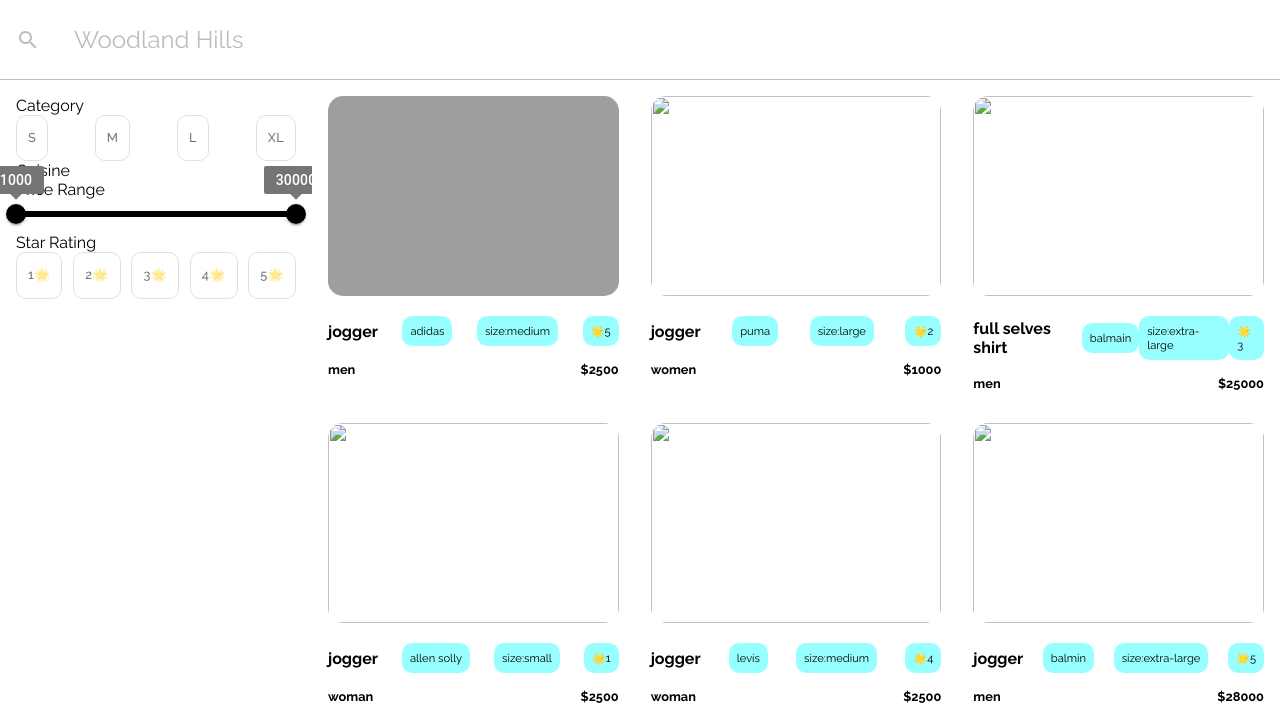
Repository: GokulDev4U/filter_product
Page: /
An editor plug-in stored every save of this project. The page is shown before and after the next save, followed by the edit.
The browser window is 1280 px wide. The pictures show the whole page.
Pictures or frames that could not be fetched are drawn as grey boxes. An inner scrolling area shows only its first screen. The project was rebuilt for these pictures with package versions that can differ from the ones it lists, and the page was loaded fresh each time. Also part of the build but not shown: src/components/common/EmptyView/styles.css, src/components/common/EmptyView/index.jsx.

Above is the page before, as saved 2022-03-20 15:47:13.

### src/App.js
import React from "react";
import Home from "./pages/Home";
import "./App.css";

const App = () => <Home />;

export default App;

### src/pages/Home/index.jsx
import React, { useEffect, useState } from 'react';
import EmptyView from '../../components/common/EmptyView';
import FilterPanel from '../../components/Home/FilterPanel';
import List from '../../components/Home/List';
import SearchBar from '../../components/Home/SearchBar';
import { dataList } from '../../constants';
import './styles.css';

const Home = () => {
    const [selectedCategory, setSelectedCategory] = useState(null);
    const [selectedRating, setSelectedRating] = useState(null);
    const [selectedPrice, setSelectedPrice] = useState([1000, 30000]);

    const [cuisines, setCuisines] = useState([
        { id: 1, checked: false, label: 'MEN' },
        { id: 2, checked: false, label: 'Women' },
    ]);

    const [list, setList] = useState(dataList);
    const [resultsFound, setResultsFound] = useState(true);
    const [searchInput, setSearchInput] = useState('');

    const handleSelectCategory = (event, value) =>
        !value ? null : setSelectedCategory(value);

    const handleSelectRating = (event, value) =>
        !value ? null : setSelectedRating(value);

    const handleChangeChecked = (id) => {
        const cusinesStateList = cuisines;
        const changeCheckedCuisines = cusinesStateList.map((item) =>
            item.id === id ? { ...item, checked: !item.checked } : item
        );
        setCuisines(changeCheckedCuisines);
    };

    const handleChangePrice = (event, value) => {
        setSelectedPrice(value);
    };

    const applyFilters = () => {
        let updatedList = dataList;

        // Rating Filter
        if (selectedRating) {
            updatedList = updatedList.filter(
                (item) => parseInt(item.rating) === parseInt(selectedRating)
            );
        }

        // Category Filter
        if (selectedCategory) {
            updatedList = updatedList.filter(
                (item) => item.category === selectedCategory
            );
        }

        // Cuisine Filter
        const cuisinesChecked = cuisines
            .filter((item) => item.checked)
            .map((item) => item.label.toLowerCase());

        if (cuisinesChecked.length) {
            updatedList = updatedList.filter((item) =>
                cuisinesChecked.includes(item.cuisine)
            );
        }

        // Search Filter
        if (searchInput) {
            updatedList = updatedList.filter(
                (item) =>
                    item.title.toLowerCase().search(searchInput.toLowerCase().trim()) !==
                    -1
            );
        }

        // Price Filter
        const minPrice = selectedPrice[0];
        const maxPrice = selectedPrice[1];

        updatedList = updatedList.filter(
            (item) => item.price >= minPrice && item.price <= maxPrice
        );

        setList(updatedList);

        !updatedList.length ? setResultsFound(false) : setResultsFound(true);
    };

    useEffect(() => {
        applyFilters();
    }, [selectedRating, selectedCategory, cuisines, searchInput, selectedPrice]);

    return (
        <div className='home'>
            {/* Search Bar */}
            <SearchBar
                value={searchInput}
                changeInput={(e) => setSearchInput(e.target.value)}
            />
            <div className='home_panelList-wrap'>
                {/* Filter Panel */}
                <div className='home_panel-wrap'>
                    <FilterPanel
                        selectedCategory={selectedCategory}
                        selectCategory={handleSelectCategory}
                        selectedRating={selectedRating}
                        selectedPrice={selectedPrice}
                        selectRating={handleSelectRating}
                        cuisines={cuisines}
                        changeChecked={handleChangeChecked}
                        changePrice={handleChangePrice}
                    />
                </div>
                {/* List & Empty View */}
                <div className='home_list-wrap'>
                    {resultsFound ? <List list={list} /> : <EmptyView />}
                </div>
            </div>
        </div>
    );
};

export default Home;

### src/App.css
@import url("https://fonts.googleapis.com/css2?family=Raleway:ital,wght@0,100;0,200;0,300;0,400;0,500;0,600;0,700;0,800;0,900;1,100;1,200;1,300;1,400;1,500;1,600;1,700;1,800;1,900&display=swap");

*,
*::after,
*::before {
  margin: 0;
}

body {
  font-family: "Raleway", sans-serif;
}

input {
  font-family: "Raleway", sans-serif;
}

/* Hide scrollbar for Chrome, Safari and Opera */
::-webkit-scrollbar {
  display: none;
}

/* Hide scrollbar for IE, Edge and Firefox */
body {
  -ms-overflow-style: none; /* IE and Edge */
  scrollbar-width: none; /* Firefox */
}

### src/components/Home/FilterPanel/index.jsx
import React from 'react';
import { categoryList, ratingList } from '../../../constants';
import CheckboxProton from '../../common/CheckboxProton';
import FilterListToggle from '../../common/FilterListToggle';
import SliderProton from '../../common/SliderProton';
import './styles.css';

const FilterPanel = ({
    selectedCategory,
    selectCategory,
    selectedRating,
    selectedPrice,
    selectRating,
    cuisines,
    changeChecked,
    changePrice,
}) => (
    <div>
        <div className='input-group'>
            <p className='label'>Category</p>
            <FilterListToggle
                options={categoryList}
                value={selectedCategory}
                selectToggle={selectCategory}
            />
        </div>
        <div className='input-group'>
            <p className='label'>Cuisine</p>
            {cuisines.map((cuisine) => (
                <CheckboxProton
                    key={cuisine.id}
                    cuisine={cuisine}
                    changeChecked={changeChecked}
                />
            ))}
        </div>
        <div className='input-group'>
            <p className='label-range'>Price Range</p>
            <SliderProton value={selectedPrice} changePrice={changePrice} />
        </div>
        <div className='input-group'>
            <p className='label'>Star Rating</p>
            <FilterListToggle
                options={ratingList}
                value={selectedRating}
                selectToggle={selectRating}
            />
        </div>
    </div>
);

export default FilterPanel;

### src/components/Home/List/index.jsx
import React from 'react';
import ListItem from './ListItem';
import './styles.css';

const List = ({ list }) => (
    <div className='list-wrap'>
        {list.map((item) => (
            <ListItem key={item.id} item={item} />
        ))}
    </div>
);

export default List;

### src/components/Home/SearchBar/index.jsx
import React from 'react';
import './styles.css';
import SearchIcon from '@mui/icons-material/Search';

const SearchBar = ({ value, changeInput }) => (
    <div className='searchBar-wrap'>
        <SearchIcon className='searchBar-icon' />
        <input
            type='text'
            placeholder='Woodland Hills'
            value={value}
            onChange={changeInput}
        />
    </div>
);

export default SearchBar;

### src/constants/index.js
export const categoryList = [
  {
    id: 1,
    value: "small",
    label: "s",
  },
  {
    id: 2,
    value: "medium",
    label: "m",
  },
  {
    id: 3,
    value: "large",
    label: "l",
  },
  {
    id: 4,
    value: "extra-large",
    label: "xl",
  },
];

// export const highLowList = [
//   {
//     id: 1,
//     value: "small",
//     label: "",
//   },
//   {
//     id: 2,
//     value: "medium",
//     label: "m",
//   },
// ];

export const ratingList = [
  {
    id: 1,
    value: "1",
    label: "1🌟",
  },
  {
    id: 2,
    value: "2",
    label: "2🌟",
  },
  {
    id: 3,
    value: "3",
    label: "3🌟",
  },
  {
    id: 4,
    value: "4",
    label: "4🌟",
  },
  {
    id: 5,
    value: "5",
    label: "5🌟",
  },
];

export const dataList = [
  {
    id: 1,
    title: "jogger",
    category: "men",
    brand: "adidas", //checkbox
    size: "medium",
    rating: 5,
    price: 2500,
    coverSrc:
      "https://assets.myntassets.com/h_1440,q_90,w_1080/v1/assets/images/16740710/2022/1/27/8741c976-79a4-449b-b448-59609bdc47541643275980430-ADIDAS-Men-Track-Pants-3281643275979689-1.jpg",
  },
  {
    id: 2,
    title: "jogger",
    category: "women",
    brand: "puma", //checkbox
    size: "large",
    rating: 2,
    price: 1000,
    coverSrc: "",
  },
  {
    id: 3,
    title: "full selves shirt",
    category: "men",
    brand: "balmain", //checkbox
    size: "extra-large",
    rating: 3,
    price: 25000,
    coverSrc: "",
  },
  {
    id: 4,
    title: "jogger",
    category: "woman",
    brand: "allen solly", //checkbox
    size: "small",
    rating: 1,
    price: 2500,
    coverSrc: "",
  },
  {
    id: 5,
    title: "jogger",
    category: "woman",
    brand: "levis", //checkbox
    size: "medium",
    rating: 4,
    price: 2500,
    coverSrc: "",
  },
  {
    id: 6,
    title: "jogger",
    category: "men",
    brand: "balmin", //checkbox
    size: "extra-large",
    rating: 5,
    price: 28000,
    coverSrc: "",
  },
  {
    id: 7,
    title: "jogger",
    category: "women",
    brand: "adidas", //checkbox
    size: "large",
    rating: 2,
    price: 5000,
    coverSrc: "",
  },
];

### src/pages/Home/styles.css
.home {
  display: flex;
  flex-direction: column;
  height: 100vh;
}
.home_panelList-wrap,
.home_panel-wrap,
.home_list-wrap {
  overflow-y: auto;
}

.home_panelList-wrap {
  flex: 1;
  display: flex;
}
.home_panel-wrap {
  flex-basis: 280px;
  padding: 1rem;
}
.home_list-wrap {
  flex: 1;
  padding: 1rem;
}

### src/components/common/CheckboxProton/index.jsx
import React from 'react';
import Checkbox from '@mui/material/Checkbox';
import { makeStyles } from '@mui/styles';
import FormControlLabel from '@mui/material/FormControl';

const useStyles = makeStyles({
    root: {
        '&$checked': {
            color: '#000',
        },
    },
    checked: {},
    wrap: {
        width: '100%',
        display: 'flex',
        flexDirection: 'row-reverse',
        justifyContent: 'space-between',
        alignItems: 'center',
        marginLeft: 0,
    },
    label: {
        fontSize: '.8rem',
        fontFamily: `'Raleway', sans-serif`,
    },
});

const CheckboxProton = ({ changeChecked, cuisine }) => {
    const classes = useStyles();
    const { checked, label, id } = cuisine;
    return (
        <div>
            <FormControlLabel
                classes={{
                    label: classes.label,
                    root: classes.wrap,
                }}
                control={
                    <Checkbox
                        classes={{
                            checked: classes.checked,
                            root: classes.root,
                        }}
                        size='small'
                        checked={checked}
                        onChange={() => changeChecked(id)}
                        inputProps={{ 'aria-label': 'checkbox with small size' }}
                    />
                }
                label={label}
            />
        </div>
    );
};

export default CheckboxProton;

### src/components/common/FilterListToggle/index.jsx
import React from 'react';
import ToggleButton from '@mui/material/ToggleButton';
import ToggleButtonGroup from '@mui/material/ToggleButtonGroup';
import { makeStyles } from '@mui/styles';

const useStyles = makeStyles({
    root: {
        width: '100%',
        justifyContent: 'space-between',
    },
    toggle: {
        fontFamily: `'Raleway', sans-serif`,
        fontSize: '.8rem',
        border: '1px solid rgba(0, 0, 0, 0.12)',
        borderRadius: '10px',
        '&.MuiToggleButtonGroup-groupedHorizontal:not(:last-child)': {
            borderRadius: '10px',
        },
        '&.MuiToggleButtonGroup-groupedHorizontal:not(:first-child)': {
            borderRadius: '10px',
            border: '1px solid rgba(0, 0, 0, 0.12)',
        },
        '&.Mui-selected': {
            borderRadius: '10px',
            background: '#000',
            color: '#fff',
        },
        '&.MuiToggleButton-root': {
            '&:hover': {
                background: '#000',
                color: '#fff',
            },
        },
    },
});

const FilterListToggle = ({ options, value, selectToggle }) => {
    const classes = useStyles();
    return (
        <ToggleButtonGroup
            value={value}
            exclusive
            onChange={selectToggle}
            className={classes.root}
        >
            {options.map(({ label, id, value }) => (
                <ToggleButton className={classes.toggle} key={id} value={value}>
                    {label}
                </ToggleButton>
            ))}
        </ToggleButtonGroup>
    );
};

export default FilterListToggle;

### src/components/common/SliderProton/index.jsx
import React from 'react';
import { makeStyles } from '@mui/styles';
// import Typography from '@mui/Typography';
import Slider from '@mui/material/Slider';

const useStyles = makeStyles({
    root: {
        width: '100%',
    },
    thumb: {
        color: '#000',
    },
    rail: {
        color: `rgba(0, 0, 0, 0.26)`,
    },
    track: {
        color: '#000',
    },
});

const SliderProton = ({ value, changePrice }) => {
    const classes = useStyles();

    return (
        <div className={classes.root}>
            <Slider
                value={value}
                onChange={changePrice}
                valueLabelDisplay='on'
                min={1000}
                max={30000}
                classes={{
                    thumb: classes.thumb,
                    rail: classes.rail,
                    track: classes.track,
                }}
            />
        </div>
    );
};

export default SliderProton;

### src/components/Home/List/ListItem/index.jsx
import React from 'react';
import './styles.css';

const ListItem = ({
    item: { coverSrc, title, price, category, brand, size, rating },
}) => (
    <div className='listItem-wrap'>
        <img src={coverSrc} alt='' />
        <header>
            <h4>{title}</h4>
            <span>{brand}</span>
            <span>size:{size}</span>
            <span>🌟{rating}</span>
        </header>
        <footer>
            <p>
                <b>{category}</b>
            </p>
            <p>
                <b>${price}</b>
            </p>
        </footer>
    </div>
);

export default ListItem;

### src/components/Home/List/styles.css
.list-wrap {
  display: grid;
  grid-template-columns: repeat(3, 1fr);
  grid-gap: 2rem;
}

### src/components/Home/SearchBar/styles.css
.searchBar-wrap {
  display: flex;
  align-items: center;
  border-bottom: 1px solid rgba(0, 0, 0, 0.26);
  padding: 1.5rem 1rem;
}
.searchBar-icon {
  color: rgba(0, 0, 0, 0.26);
  margin-right: 2rem;
}

.searchBar-wrap input {
  font-size: 1.5rem;
  outline: none;
  border: none;
  width: 100%;
}

.searchBar-wrap input::placeholder {
  color: rgba(0, 0, 0, 0.26);
}

### src/components/Home/List/ListItem/styles.css
.listItem-wrap img {
  width: 100%;
  border-radius: 15px;
  height: 200px;
  object-fit: cover;
}
.listItem-wrap header {
  display: flex;
  justify-content: space-between;
  margin: 1rem 0 1rem 0;
  align-items: center;
}

.listItem-wrap header span {
  font-size: 0.7rem;
  background-color: #97ffff;
  padding: 0.5rem;
  border-radius: 10px;
}
.listItem-wrap footer {
  font-size: 0.8rem;
  display: flex;
  align-items: center;
  justify-content: space-between;
}
.listItem-wrap footer p:first-child span {
  color: rgba(0, 0, 0, 0.26);
  font-weight: 600;
}

Loaded but not shown: public/index.html (common file); src/index.js (common file); src/index.css (common file); src/components/Home/FilterPanel/styles.css (no stored copy; drawn as an empty file)

After the next save:
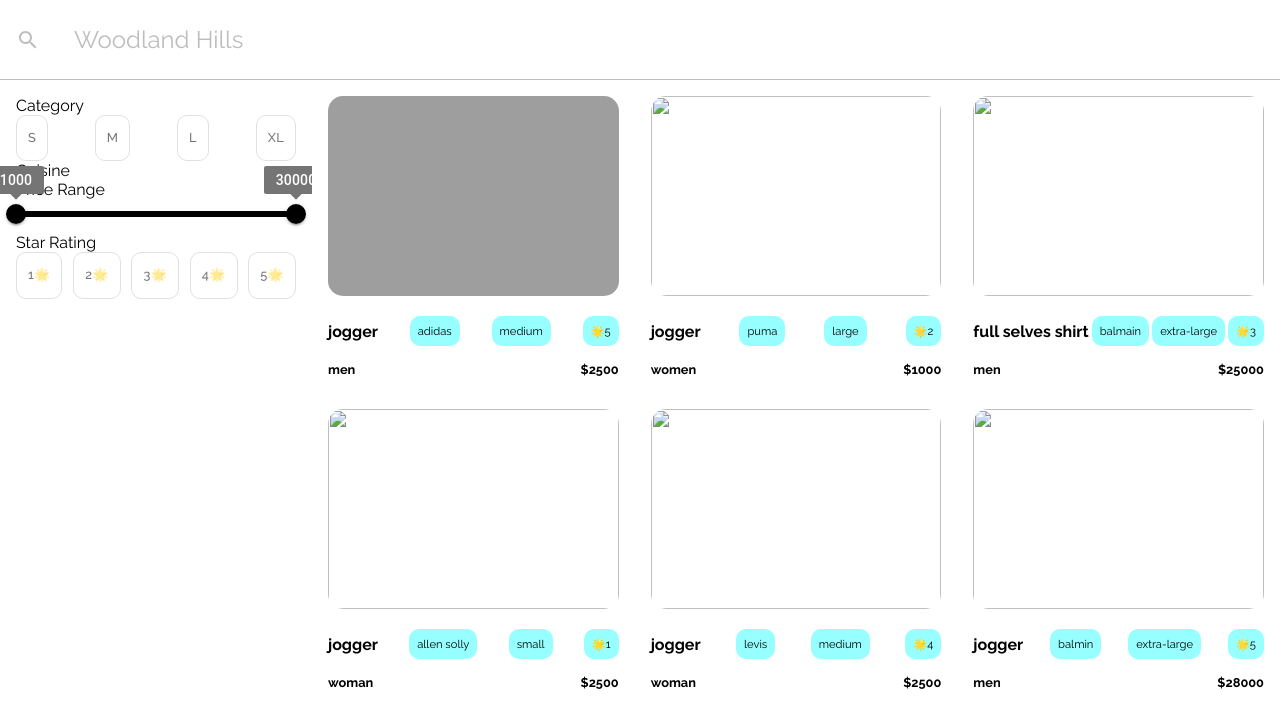
Saved 12 s later.
--- a/src/components/Home/List/ListItem/index.jsx
+++ b/src/components/Home/List/ListItem/index.jsx
@@ -9,7 +9,7 @@ const ListItem = ({
         <header>
             <h4>{title}</h4>
             <span>{brand}</span>
-            <span>size:{size}</span>
+            <span>{size}</span>
             <span>🌟{rating}</span>
         </header>
         <footer>
